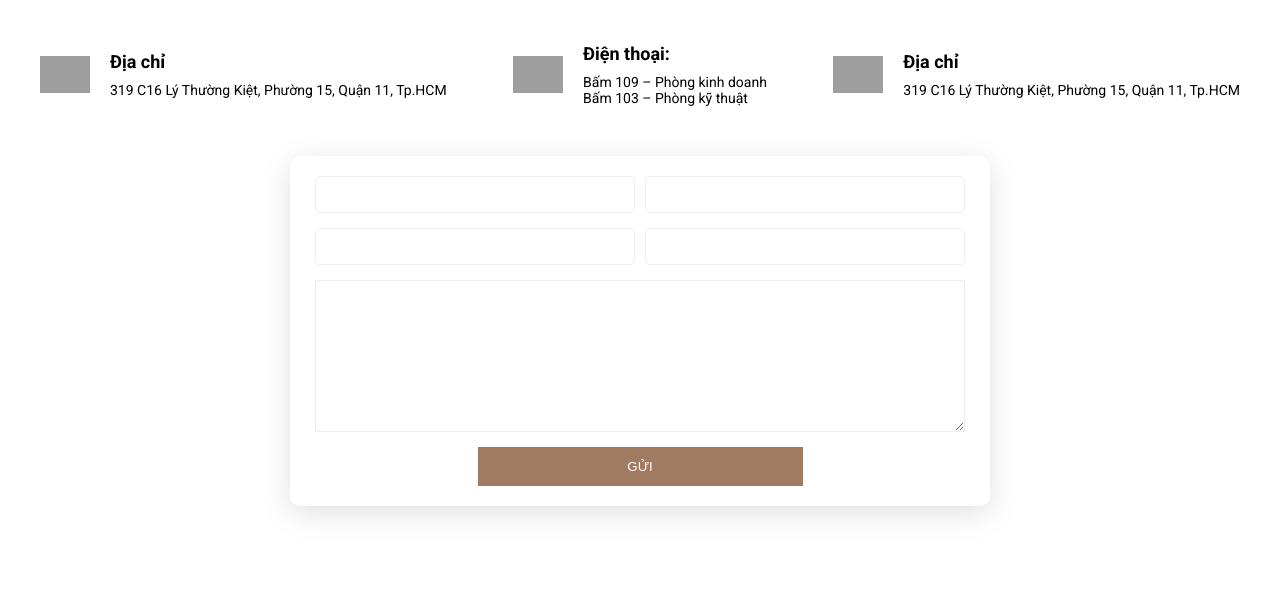
Repository: web345/WEBNANGCAO-clock-
Page: contact.html
An editor plug-in stored every save of this project. The page is shown before and after the next save, followed by the edit.
The browser window is 1280 px wide. The pictures show the part of the page from y = 678 to 1284 px (the page is 1284 px tall).
Pictures or frames that could not be fetched are drawn as grey boxes. Some web libraries are served in a nearby version.

Above is the page before, as saved 2021-09-10 20:34:32.

After the next save:
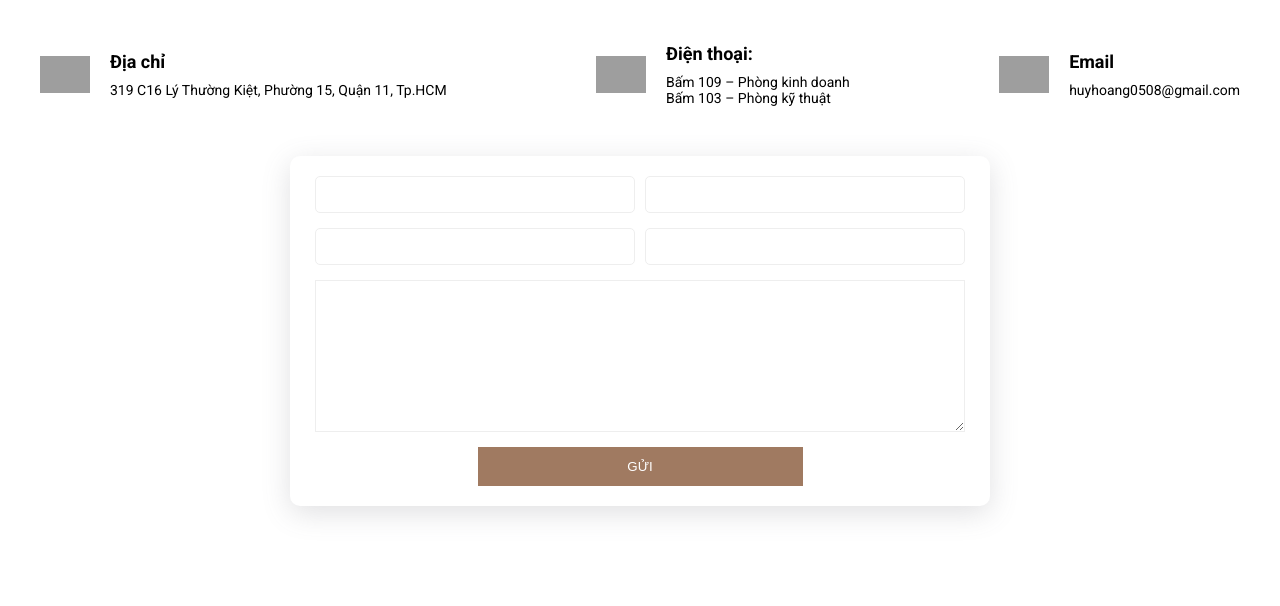
Saved 36 s later.
--- a/contact.html
+++ b/contact.html
@@ -178,10 +178,8 @@
           <div class="contact-item">
             <img src="./contact/contact3.PNG" alt="" class="contact-image" />
             <div class="contact-info">
-              <h3 class="info-name">Địa chỉ</h3>
-              <p class="info-desc">
-                319 C16 Lý Thường Kiệt, Phường 15, Quận 11, Tp.HCM
-              </p>
+              <h3 class="info-name">Email</h3>
+              <p class="info-desc">huyhoang0508@gmail.com</p>
             </div>
           </div>
         </div>
